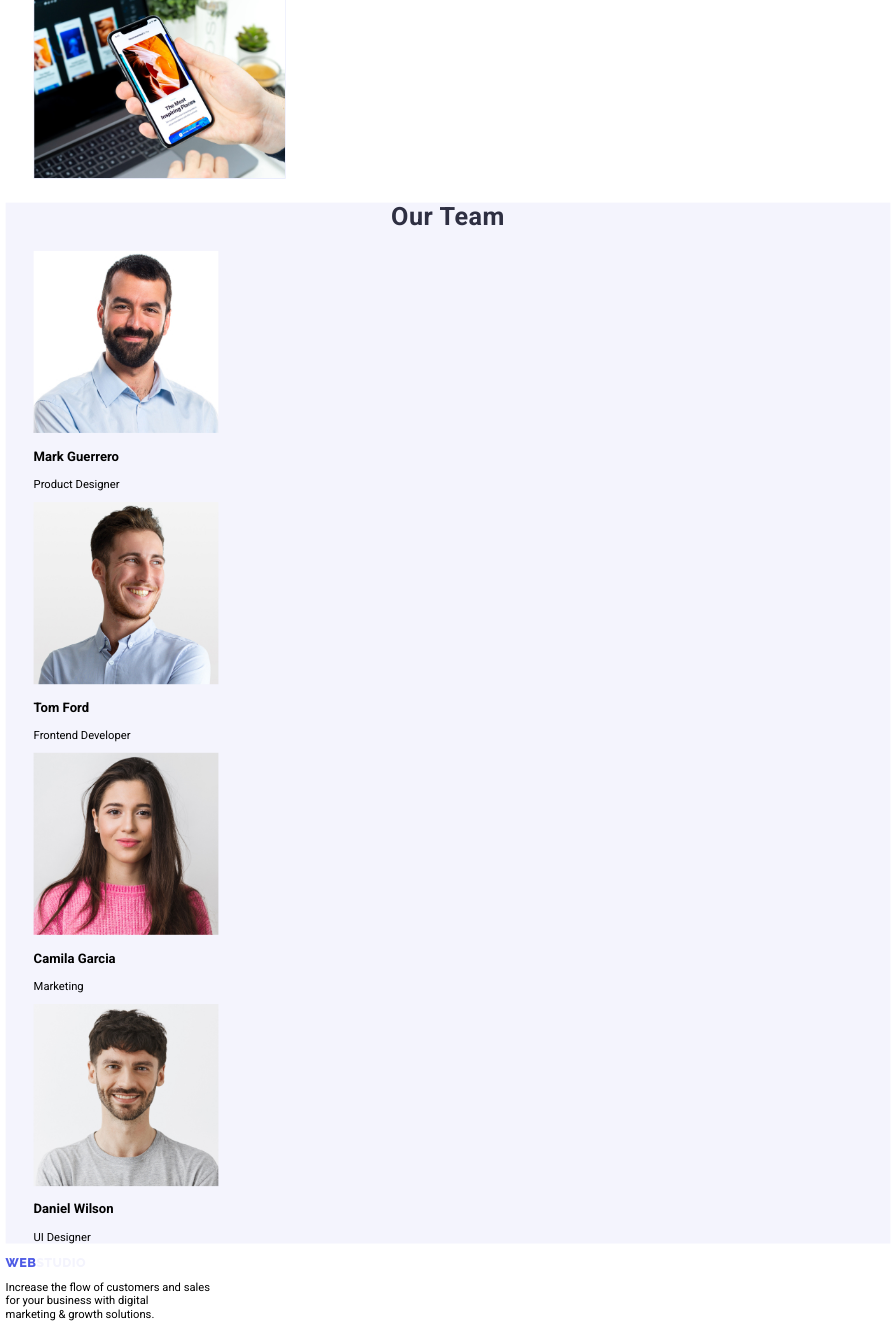
Repository: jandiman/goit-markup-hw-02
Page: index.html
An editor plug-in stored every save of this project. The page is shown before and after the next save, followed by the edit.
The browser window is 1280 px wide. The pictures show the part of the page from y = 1529 to 3449 px (the page is 3431 px tall before and 3449 px after), at 70% of full size.

Above is the page before, as saved 2023-07-07 09:30:30.

### index.html
<!DOCTYPE html>
<html lang="en">
  <head>
    <meta charset="UTF-8" />
    <meta name="viewport" content="width=device-width, initial-scale=1.0" />
    <title>Homework 2</title>

    <link rel="preconnect" href="https://fonts.googleapis.com" />
    <link rel="preconnect" href="https://fonts.gstatic.com" crossorigin />
    <link
      href="https://fonts.googleapis.com/css2?family=Raleway:wght@800&family=Roboto:wght@400;500;700;900&display=swap"
      rel="stylesheet"
    />

    <link rel="stylesheet" href="./css/styles.css" />
  </head>

  <body>
    <!--Header-->
    <header class="header">
      <nav class="header-navigation">
        <!--Logo-->
        <a class="header-logo logo" href="./index.html"
          ><span class="weblogo">WEB</span>STUDIO</a
        >
        <!--links-->
        <ul class="header-list list">
          <li class="header-item">
            <a class="header-link link" href="./index.html">Studio</a>
          </li>
          <li class="header-list list">
            <a class="header-link link" href="./portfolio.html">Portfolio</a>
          </li>
          <li class="header-list list">
            <a class="header-link link" href="#">Contacts</a>
          </li>
        </ul>

        <!--contact info-->
        <ul class="contact-list list">
          <li class="contact-item">
            <a class="contact-link link" href="mailto:info@devstudio.com"
              >info@devstudio.com</a
            >
          </li>
          <li class="contact-item">
            <a class="contact-link link" href="tel:+110001111111"
              >+11 (000) 111-11-11</a
            >
          </li>
        </ul>
      </nav>
    </header>

    <main>
      <!--Hero Image-->
      <section class="hero">
        <h1 class="hero-title">Effective Solutions <br />for your Business</h1>
        <button class="hero-button button" type="button">Order Service</button>
      </section>

      <!--Section 1-->
      <section class="features">
        <ul class="features-list list">
          <li class="features-item">
            <h3 class="features-item-name">Strategy</h3>
            <p class="feature-item-text">
              Our goal is to identify business problem to walk away with the
              perfect and creative solution.
            </p>
          </li>
          <li class="features-item">
            <h3 class="features-item-name">Punctuality</h3>
            <p class="feature-item-text">
              Bring the key message to the brand's audience for the best price
              within the shortest possible time.
            </p>
          </li>
          <li class="features-item">
            <h3 class="features-item-name">Diligence</h3>
            <p class="feature-item-text">
              Research and confirm brands that present the strongest digital
              growth opportunities and minimize risk.
            </p>
          </li>
          <li class="features-item">
            <h3 class="features-item-name">Technologies</h3>
            <p class="feature-item-text">
              Design practice focused on digital experiences. We bring forth a
              deep passion for problem-solving.
            </p>
          </li>
        </ul>
      </section>

      <!--Section 2-->
      <section class="about">
        <h2 class="about-title section-title">What Are We Doing</h2>
        <ul class="about-list list">
          <li class="about-item">
            <img
              src="./images/section 2 images/img 1.jpg"
              alt="monitor"
              width="360"
            />
          </li>
          <li class="about-item">
            <img
              src="./images/section 2 images/img 2.jpg"
              alt="phone"
              width="360"
            />
          </li>
          <li class="about-item">
            <img
              src="./images/section 2 images/img 3.jpg"
              alt="phone and laptop"
              width="360"
            />
          </li>
        </ul>
      </section>

      <!--Section 3-->
      <section class="team">
        <h2 class="team-title section-title">Our Team</h2>
        <ul class="team-list list">
          <li class="team-item">
            <img
              src="./images/Section 3 images/member 1.jpg"
              alt="Mark Guerrero"
              width="264"
            />
            <h3 class="team-item-name">Mark Guerrero</h3>
            <p class="team-item-text">Product Designer</p>
          </li>
          <li class="team-item">
            <img
              src="./images/Section 3 images/member 2.jpg"
              alt="Tom Ford"
              width="264"
            />
            <h3 class="team-item-name">Tom Ford</h3>
            <p class="team-item-text">Frontend Developer</p>
          </li>
          <li class="team-item">
            <img
              src="./images/Section 3 images/member 3.jpg"
              alt="Camila Garcia"
              width="264"
            />
            <h3 class="team-item-name">Camila Garcia</h3>
            <p class="team-item-text">Marketing</p>
          </li>
          <li class="team-item">
            <img
              src="./images/Section 3 images/member 4.jpg"
              alt="Daniel Wilson"
              width="264"
            />
            <h3 class="team-item-name">Daniel Wilson</h3>
            <p class="team-item-text">UI Designer</p>
          </li>
        </ul>
      </section>
    </main>

    <!--Footer-->
    <footer class="footer">
      <a class="footer-logo footlogo" href="./index.html"
        ><span class="weblogo">WEB</span>STUDIO</a
      >
      <p class="footer-text">
        Increase the flow of customers and sales <br />for your business with
        digital <br />marketing & growth solutions.
      </p>
    </footer>
  </body>
</html>

### css/styles.css
:root {
  --navy-blue: #2e2f42;
  --slate: #434455;
  --white: #ffffff;
  --cloud: #f4f4fd;
  --iris: #4d5ae5;
  --ocean: #404bbf;
}

body {
  font-family: "Roboto", sans-serif;
}

.list {
  list-style: none;
}
.link {
  text-decoration: none;
}

.logo {
  text-decoration: none;
  color: var(--navyblue, #2e2f42);
  font-family: Raleway;
  font-size: 18px;
  font-style: normal;
  font-weight: 800;
  line-height: 21px;
  letter-spacing: 0.54px;
  text-transform: uppercase;
}

.footlogo {
  text-decoration: none;
  color: var(--cloud, #f4f4fd);
  font-family: Raleway;
  font-size: 18px;
  font-style: normal;
  font-weight: 800;
  line-height: 21px;
  letter-spacing: 0.54px;
  text-transform: uppercase;
}

.weblogo {
  color: var(--iris, #4d5ae5);
  font-family: Raleway;
  font-size: 18px;
  font-style: normal;
  font-weight: 800;
  line-height: 21px;
  letter-spacing: 0.54px;
  text-transform: uppercase;
}

.header {
  background-color: var(--white);
}

.header-link {
  color: var(--navyblue, #2e2f42);
  font-size: 16px;
  font-style: normal;
  font-weight: 500;
  line-height: 24px;
  letter-spacing: 0.32px;
}

.contact-link {
  color: var(--slate, #434455);
  font-size: 16px;
  font-style: normal;
  font-weight: 400;
  line-height: 24px;
  letter-spacing: 0.32px;
}

.hero {
  background: var(--navyblue, #2e2f42);
}
.hero-title {
  color: var(--white, #fff);
  text-align: center;
  font-size: 56px;
  font-style: normal;
  font-weight: 700;
  line-height: 60px;
  letter-spacing: 1.12px;
}

.hero-button {
  background: var(--iris, #4d5ae5);
  color: var(--white, #fff);
  font-size: 16px;
  font-style: normal;
  font-weight: 500;
  line-height: 24px;
  letter-spacing: 0.64px;
}

.features {
  background-color: var(--white);
}
.features-item-name {
  color: var(--navyblue, #2e2f42);
  font-size: 20px;
  font-style: normal;
  font-weight: 500;
  line-height: 24px;
  letter-spacing: 0.4px;
}

.feature-item-text {
  color: var(--slate, #434455);
  font-size: 16px;
  font-style: normal;
  font-weight: 400;
  line-height: 24px;
  letter-spacing: 0.32px;
}

.section-title {
  color: var(--navyblue, #2e2f42);
  text-align: center;
  font-size: 36px;
  font-style: normal;
  font-weight: 700;
  line-height: 40px;
  letter-spacing: 0.72px;
  text-transform: capitalize;
}

.team {
  background: var(--cloud, #f4f4fd);
}

After the next save:
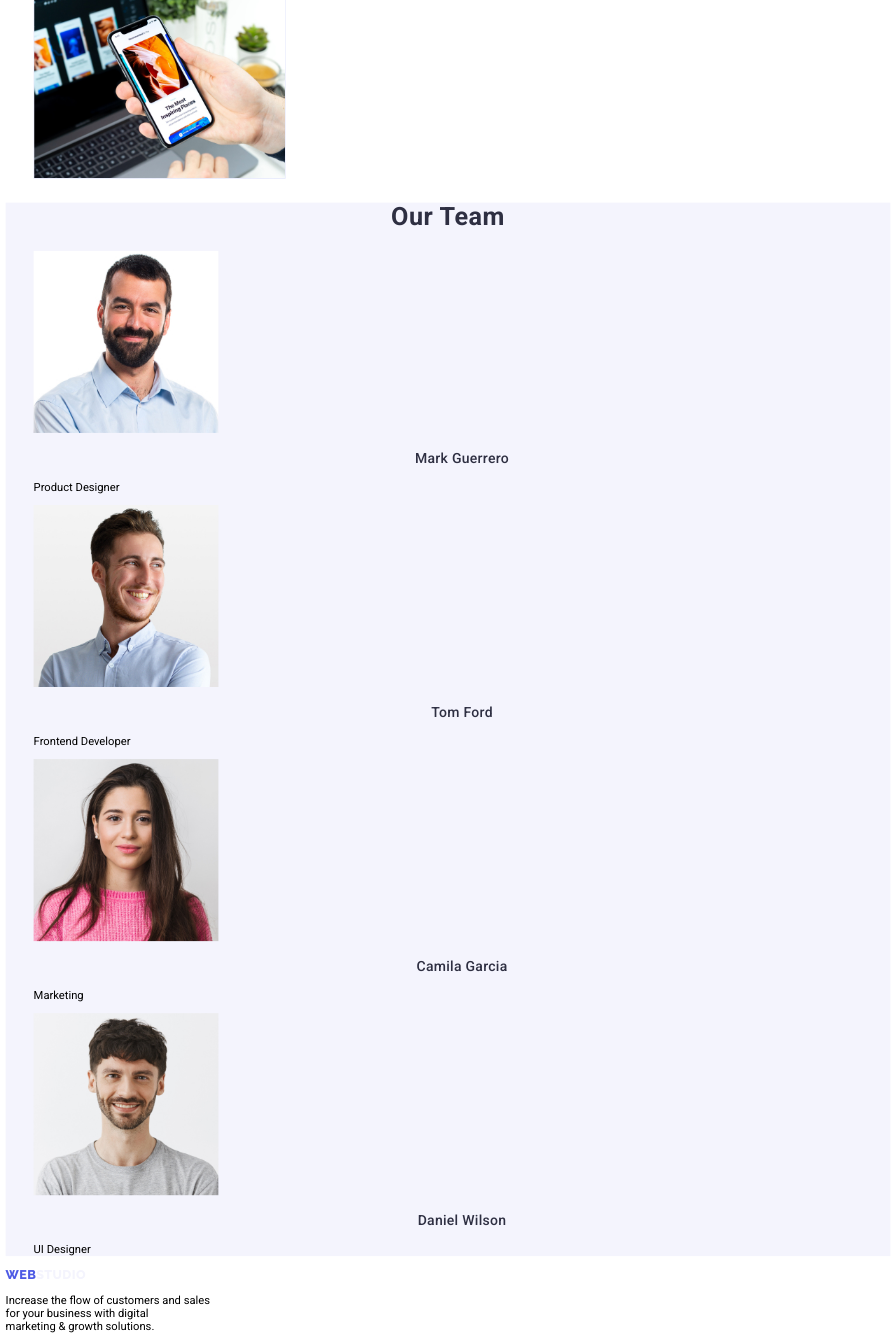
Saved 27 s later.
--- a/css/styles.css
+++ b/css/styles.css
@@ -133,3 +133,13 @@
 .team {
   background: var(--cloud, #f4f4fd);
 }
+
+.team-item-name {
+  color: var(--navyblue, #2e2f42);
+  text-align: center;
+  font-size: 20px;
+  font-style: normal;
+  font-weight: 500;
+  line-height: 24px;
+  letter-spacing: 0.4px;
+}
